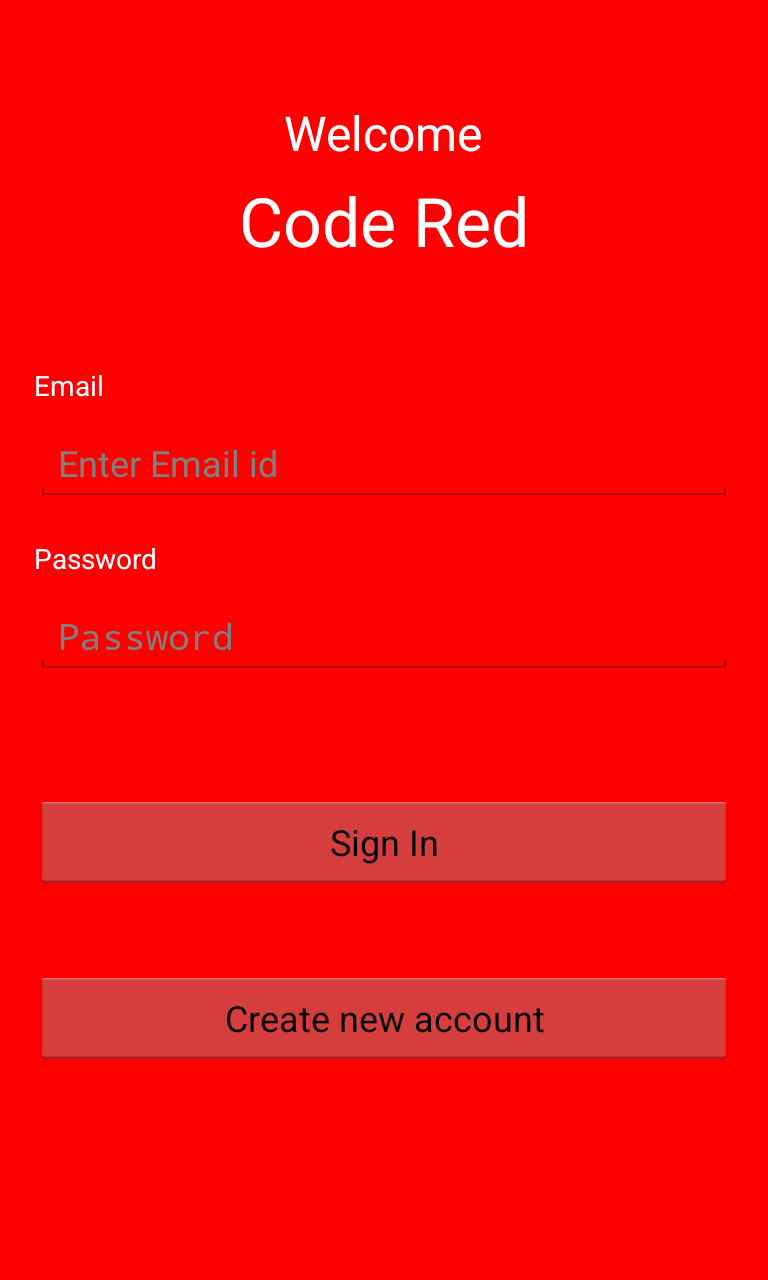
Repository: coderedteam/codered
Layout: AndroidSourceCode/CodeRed/res/layout/activity_login.xml
These files come from the project's save history. The layout is drawn as it stood at one moment and after the next save; the edit follows.
It is drawn on a 768 x 1280 px phone screen (xhdpi) without system bars, with theme AppTheme; the app's code is not run.

Above is the layout before, as saved 2014-11-27 12:19:20.

After the next save:
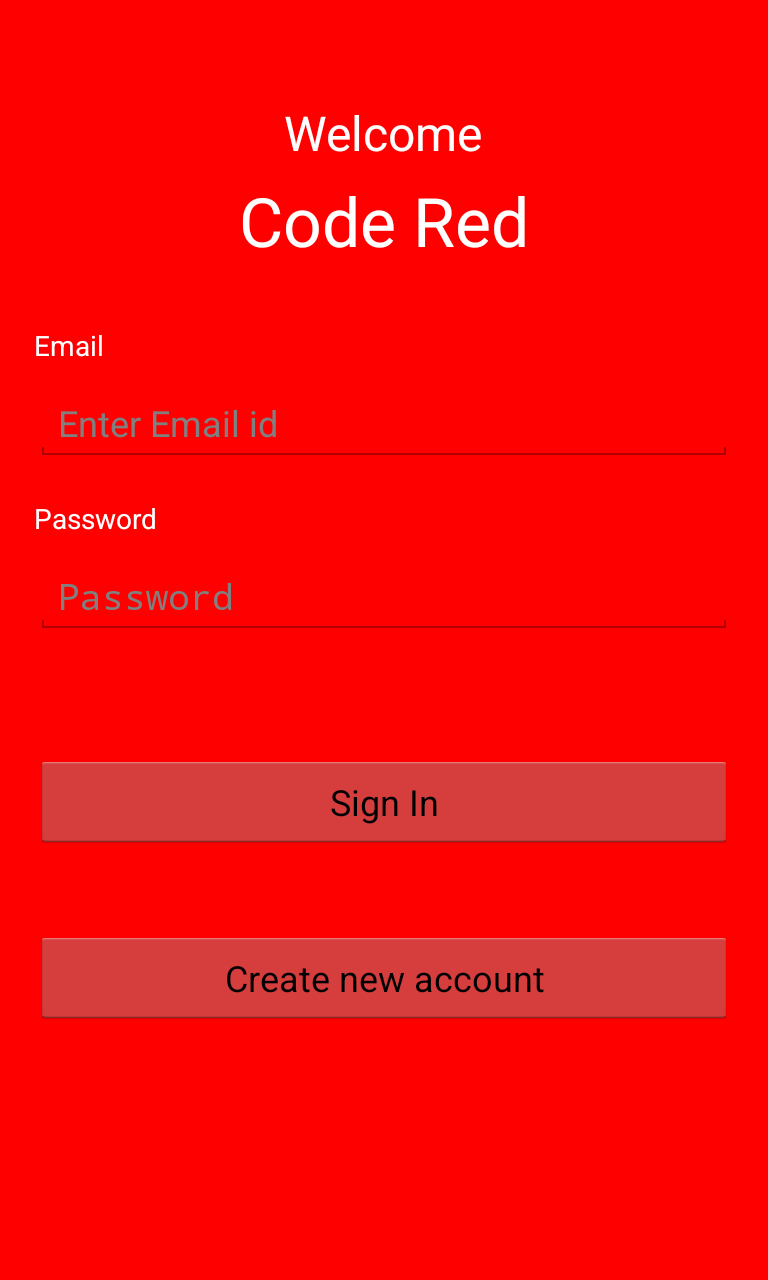
Saved 62 s later.
--- a/AndroidSourceCode/CodeRed/res/layout/activity_login.xml
+++ b/AndroidSourceCode/CodeRed/res/layout/activity_login.xml
@@ -9,7 +9,7 @@
     <LinearLayout
         android:layout_width="match_parent"
         android:layout_height="wrap_content"
-        android:layout_marginBottom="50dip"
+        android:layout_marginBottom="30dip"
         android:gravity="top"
         android:orientation="vertical" >
 
